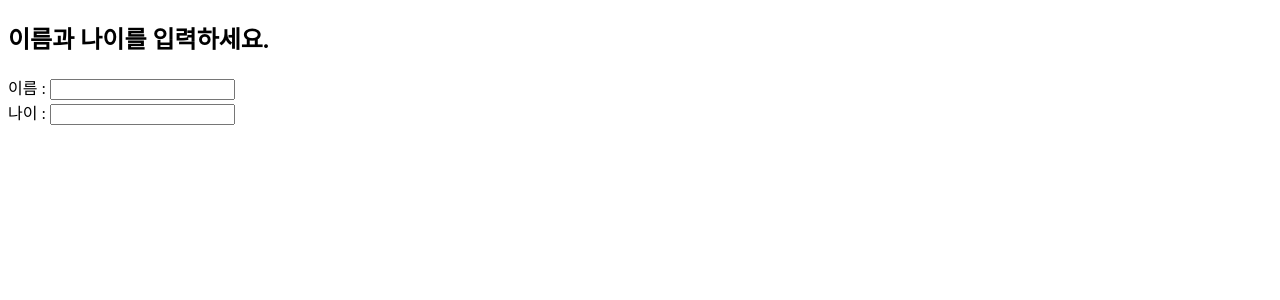
Repository: gugucon-hwan/ForStudyJSP
Page: http://localhost/StudyBasicJSP/ch06/ifElseTestForm.jsp
The author's editor kept a copy of each file at every save. The page is drawn from the files as they stood at one save, then again after the next save.
The browser window is 1280 px wide. The pictures show the whole page.
The page is served by Tomcat 9.

Above is the page before, as saved 2020-08-15 14:12:11.

After the next save:
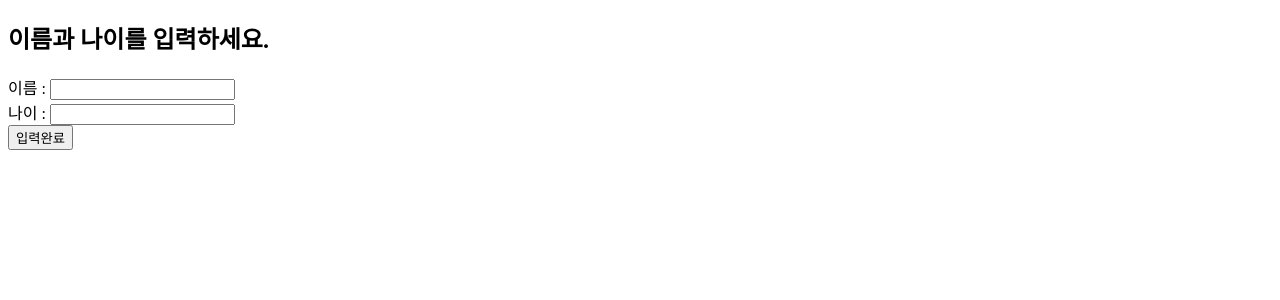
Saved 43 s later.
--- a/StudyBasicJSP/WebContent/ch06/ifElseTestForm.jsp
+++ b/StudyBasicJSP/WebContent/ch06/ifElseTestForm.jsp
@@ -11,8 +11,7 @@
 	<form method="post" action="ifElseTestPro.jsp">
 		이름 : <input type="text" name="name"><br>
 		나이 : <input type="text" name="age"><br>
-
-
+		<input type="submit" value="입력완료">
 	</form>
 </body>
 </html>
